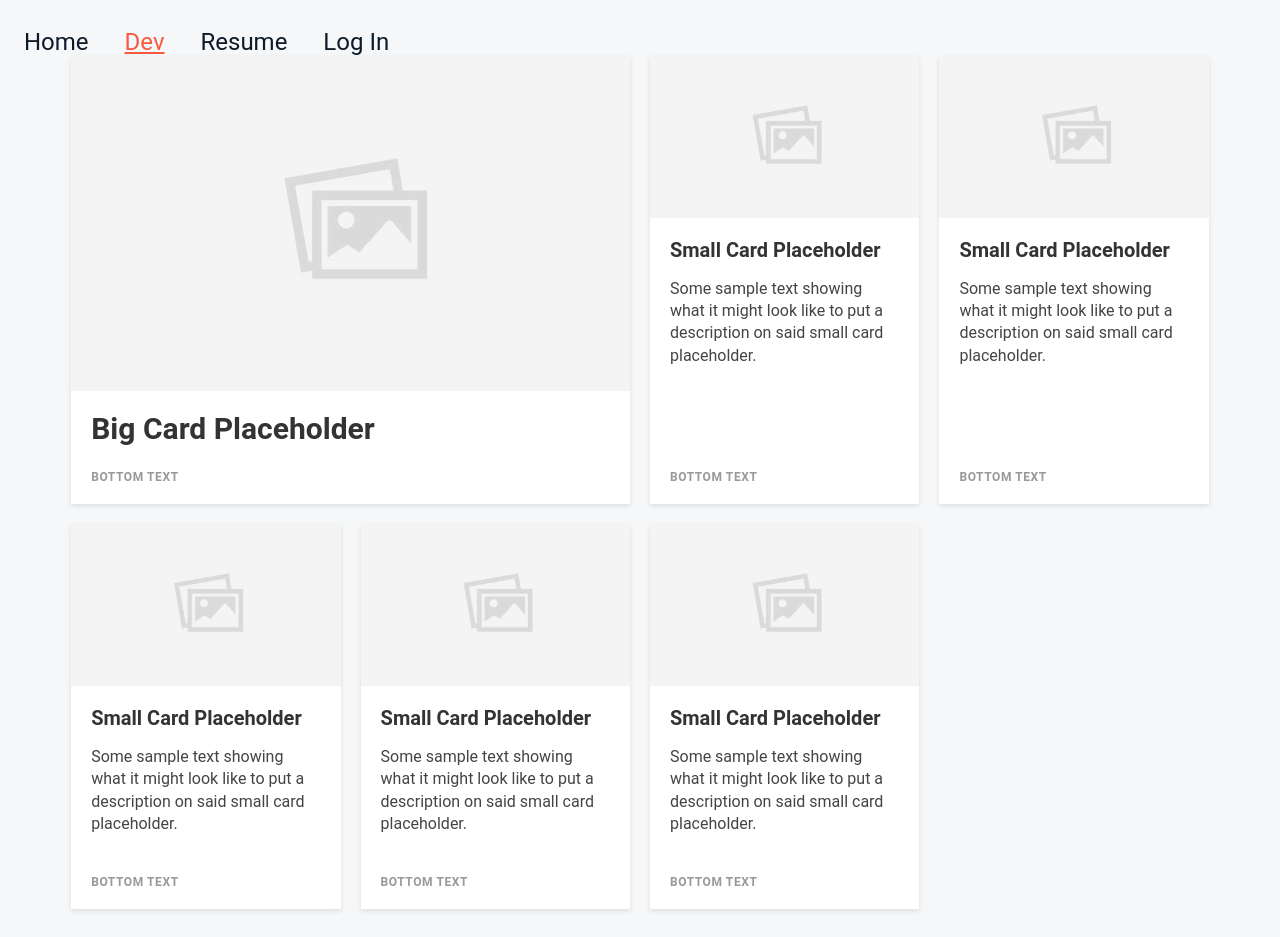
Repository: eghere-bsu/ethanghere-website
Page: http://localhost/cards.php
The author's editor kept a copy of each file at every save. The page is drawn from the files as they stood at one save, then again after the next save.
The browser window is 1280 px wide. The pictures show the whole page.
The page is run by PHP 8.4 with error messages shown; the project is at /var/www/html/.

Above is the page before, as saved 2023-11-06 17:09:17.

### cards.php
<?php
   $page = 'dev';
   include_once 'navbar.php';
?>

<html>
   <head>
      <link rel="stylesheet" href="dev.css">
   </head>
   <body>
      <div class="support-grid"></div>

      <div class="band">
         <div class="item-1">
               <a href="" class="card">
               <div class="thumb" style="background-image: url(assets/placeholder.jpg);"></div>
               <article>
                  <h1>Big Card Placeholder</h1>
                  <span>Bottom Text</span>
               </article>
               </a>
         </div>
         <div class="item-2">
               <a href="" class="card">
               <div class="thumb" style="background-image: url(assets/placeholder.jpg);"></div>
               <article>
                  <h1>Small Card Placeholder</h1>
                  <p>Some sample text showing what it might look like to put a description on said small card placeholder.</p>
                  <span>Bottom Text</span>
               </article>
               </a>
         </div>
         <div class="item-2">
               <a href="" class="card">
               <div class="thumb" style="background-image: url(assets/placeholder.jpg);"></div>
               <article>
                  <h1>Small Card Placeholder</h1>
                  <p>Some sample text showing what it might look like to put a description on said small card placeholder.</p>
                  <span>Bottom Text</span>
               </article>
               </a>
         </div>
         <div class="item-2">
               <a href="" class="card">
               <div class="thumb" style="background-image: url(assets/placeholder.jpg);"></div>
               <article>
                  <h1>Small Card Placeholder</h1>
                  <p>Some sample text showing what it might look like to put a description on said small card placeholder.</p>
                  <span>Bottom Text</span>
               </article>
               </a>
         </div>
         <div class="item-2">
               <a href="" class="card">
               <div class="thumb" style="background-image: url(assets/placeholder.jpg);"></div>
               <article>
                  <h1>Small Card Placeholder</h1>
                  <p>Some sample text showing what it might look like to put a description on said small card placeholder.</p>
                  <span>Bottom Text</span>
               </article>
               </a>
         </div>
         <div class="item-2">
               <a href="" class="card">
               <div class="thumb" style="background-image: url(assets/placeholder.jpg);"></div>
               <article>
                  <h1>Small Card Placeholder</h1>
                  <p>Some sample text showing what it might look like to put a description on said small card placeholder.</p>
                  <span>Bottom Text</span>
               </article>
               </a>
         </div>
      </div>
   </body>
</html>

### navbar.php
<?php
   session_start();
   ini_set('display_errors', 1);
   error_reporting(E_ALL);

   // Unset session variables if logging out
   if (isset($_GET['action']) && $_GET['action'] === 'logout') {
      unset($_SESSION['auth']);
      unset($_SESSION['username']);
      unset($_SESSION['powerlvl']);
   }
   $loggedIn = isset($_SESSION['auth']) && $_SESSION['auth'] === true;
   $loginText = $loggedIn ? 'Log Out' : 'Log In';
   $loginHref = $loggedIn ? 'login.php?action=logout' : 'login.php';

   $loginButton = '<a class="' . ($page == 'login' ? 'active' : '') . '" href="' . $loginHref . '">' . $loginText . '</a>';
?>

<head>
	<link rel="stylesheet" href="styles.css">
   <link rel="icon" type="image/x-icon" href="favicon.ico">
</head>
<header><title>Ethan Ghere</title></header>
<div class="nav">
   <a class="<?php if ($page == 'home')
      { echo 'active'; }?>" href='index.php'>Home</a>
   <a class="<?php if ($page == 'dev')
      { echo 'active'; }?>" href='dev.php'>Dev</a>
   <a href="assets/resume.pdf">Resume</a>

   <?php echo $loginButton; ?>
</div>

### styles.css
/* Global */
html {
   background: #e7ecef;
   color: #0d1b2a;
   font-family: 'Roboto', sans-serif;
   -webkit-font-smoothing: antialiased;
   margin: auto;
}

body {
   color: #0d1b2a;
}

.row {
   display: flex;
   flex-direction: row;
   width: 80%;
   margin: auto;
}

.column {
   float: left;
}

/* Navigation */
.nav a {
	color: #0d1b2a;
	padding: 14px 16px;
	font-size: 24px;
	text-decoration: none;
}

.nav a.active {
	color: #f85a3e;
   text-decoration: underline;
}

/* Footer */
.footer {
   /* position: fixed;
   left: 0;
   bottom: 0; */
   width: 100%;
   background-color: #0d1b2a;
   color: #e7ecef;
   text-decoration: none;
}

/* Homepage */

.hero-l {
   width: 15%;
}

.hero-m {
   width: 30%;
}

.hero-r {
   width: 55%;
   text-align: right;
   font-size: 1.6em;
}

.row:after {
   content: "";
   display: table;
   clear: both;
}

.name {
   color: #f85a3e;
   display: flex;
   flex-direction: column;
   float: left;
   margin: 0;
   font-size: 5em;
   line-height: 1em;
   word-wrap: break-word;
   border-left: 8px solid #f85a3e;
   padding-left: 8px;
}


/* bumper.html */
.bumper {
   background-color: #0d1b2a;
   width: 100%;
   height: 10vh;
}

/* dev.php */

### dev.css
html {
   background: #f5f7f8;
   font-family: 'Roboto', sans-serif;
   -webkit-font-smoothing: antialiased;
   padding: 20px 0;
 }

 .band {
   width: 90%;
   max-width: 1240px;
   margin: 0 auto;

   display: grid;

   grid-template-columns: 1fr;
   grid-template-rows: auto;
   grid-gap: 20px;

 }

 @media only screen and (min-width: 500px) {
   .band {
     grid-template-columns: 1fr 1fr;
   }
   .item-1 {
   grid-column: 1/ span 2;
   }
   .item-1 h1 {
     font-size: 30px;
   }
 }

 @media only screen and (min-width: 850px) {
   .band {
     grid-template-columns: 1fr 1fr 1fr 1fr;
   }
 }

 /* card */

 .card {
   min-height: 100%;
   background: white;
   box-shadow: 0 2px 5px rgba(0,0,0,0.1);
   display: flex;
   flex-direction: column;
   text-decoration: none;
   color: #444;
   position: relative;
   top: 0;
   transition: all .1s ease-in;
 }

 .card:hover {
   top: -2px;
   box-shadow: 0 4px 5px rgba(0,0,0,0.2);
 }

 .card article {
   padding: 20px;
   display: flex;

   flex: 1;
   justify-content: space-between;
   flex-direction: column;

 }
 .card .thumb {
   padding-bottom: 60%;
   background-size: cover;
   background-position: center center;
 }

 .card p {
   flex: 1; /* make p grow to fill available space*/
   line-height: 1.4;
 }

 /* typography */
 h1 {
   font-size: 20px;
   margin: 0;
   color: #333;
 }

 .card span {
   font-size: 12px;
   font-weight: bold;
   color: #999;
   text-transform: uppercase;
   letter-spacing: .05em;
   margin: 2em 0 0 0;
 }

After the next save:
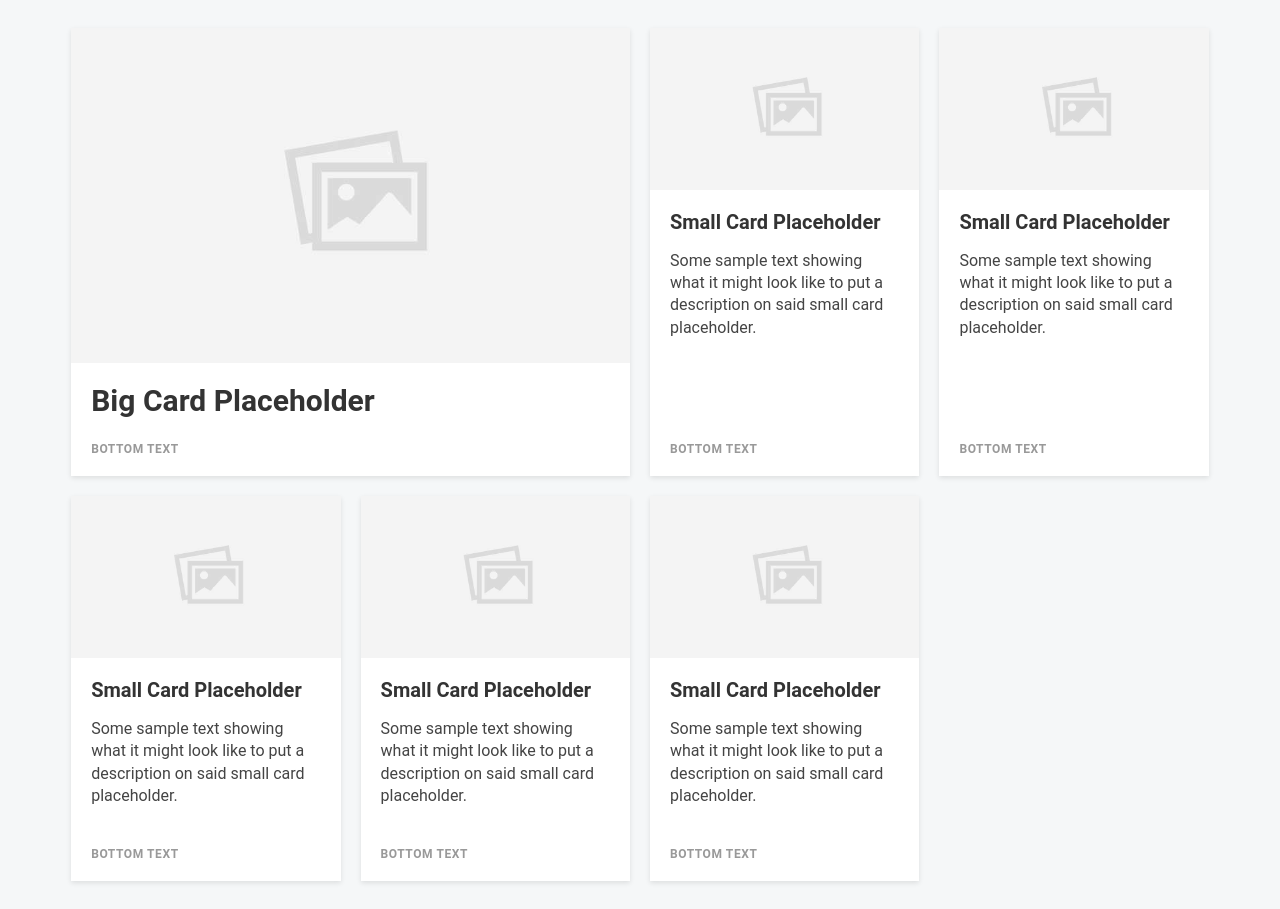
Saved 14 s later.
--- a/cards.php
+++ b/cards.php
@@ -1,8 +1,3 @@
-<?php
-   $page = 'dev';
-   include_once 'navbar.php';
-?>
-
 <html>
    <head>
       <link rel="stylesheet" href="dev.css">
